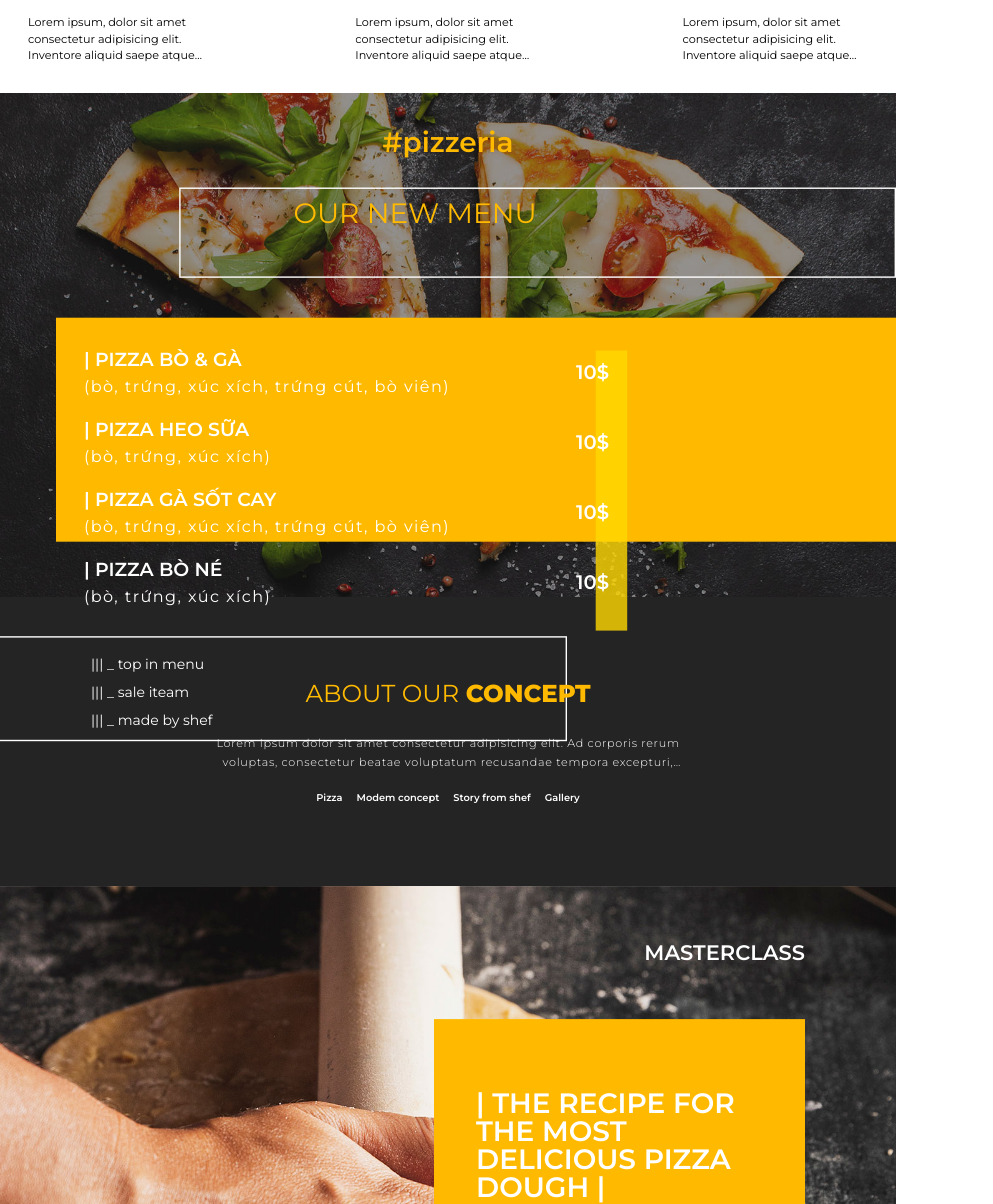
Repository: phu1204/pizzeria.github.io
Page: index.html
An editor plug-in stored every save of this project. The page is shown before and after the next save, followed by the edit.
The browser window is 1280 px wide. The page is 1419 px wide, so the pictures cover 1419 px, including what lies to the right of the window. The pictures show the part of the page from y = 1307 to 3027 px (the page is 4798 px tall), at 70% of full size.
The style sheet was rebuilt from its Sass, Less or Tailwind sources for each picture, by a compiler version that may differ from the author's.

Above is the page before, as saved 2021-07-29 21:58:15.

After the next save:
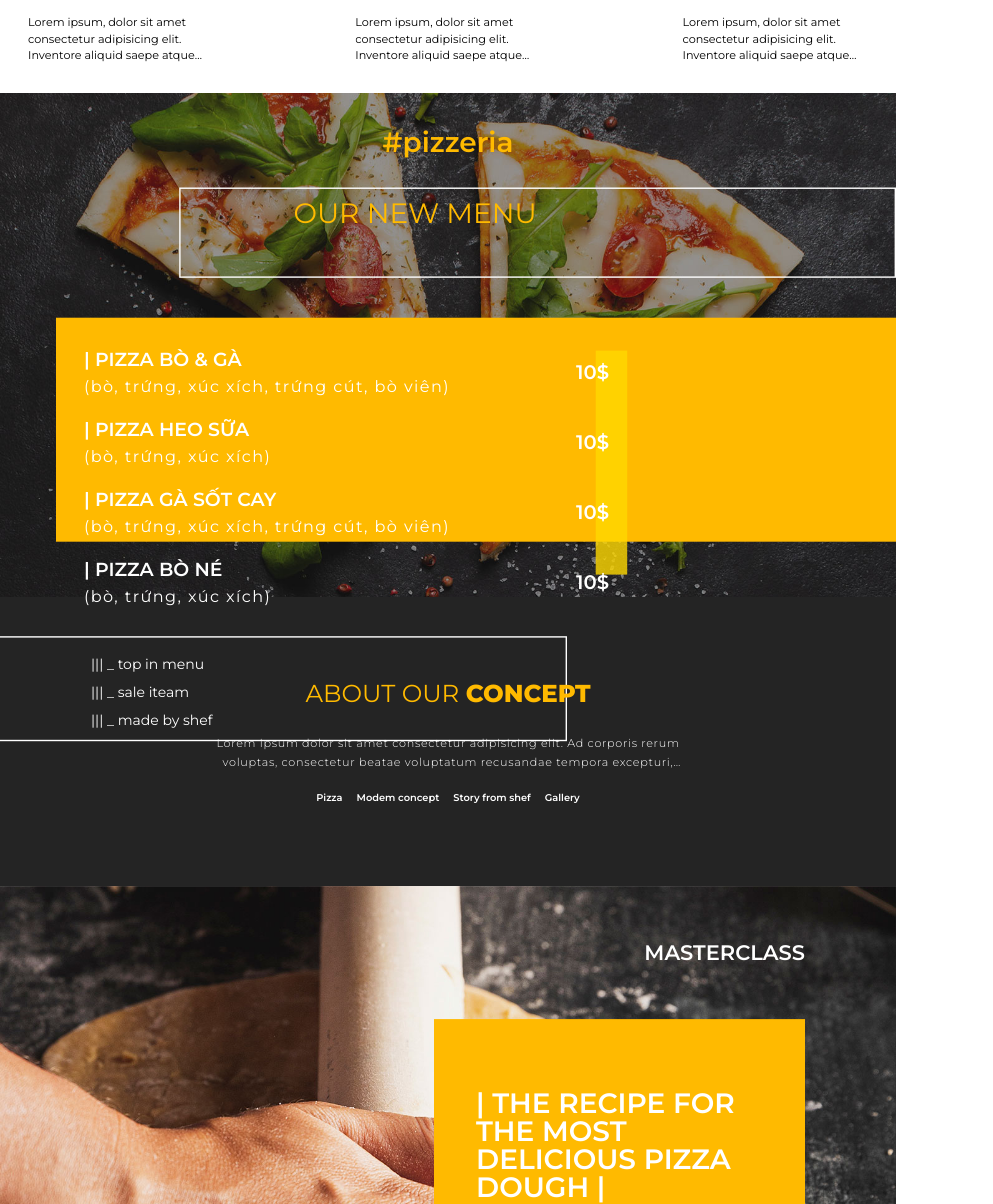
Saved 6 s later.
--- a/scss/_menu.scss
+++ b/scss/_menu.scss
@@ -57,7 +57,7 @@
         content: "";
         position: absolute;
         width: 45px;
-        height: 400px;
+        height: 320px;
         background-color: rgba(255, 217, 0, 0.801);
 
         top: 20%;
